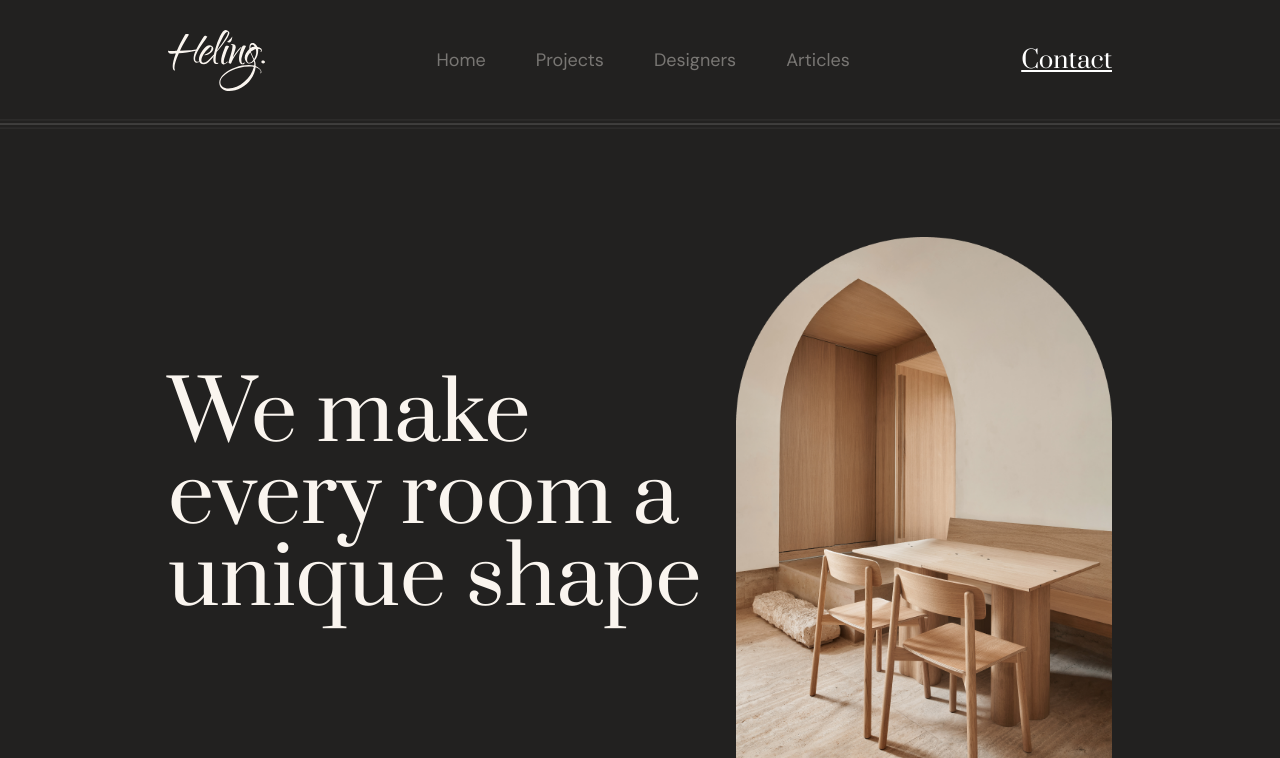
Repository: vandangnhathung/healingui_website
Page: /
These files come from the project's save history. The page is drawn as it stood at one moment and after the next save; the edit follows.
The browser window is 1280 px wide. The pictures show the whole page.
The project was rebuilt for these pictures with package versions that can differ from the ones it lists, and the page was loaded fresh each time. Also part of the build but not shown: src/App.css.

Above is the page before, as saved 2022-03-16 13:01:08.

After the next save:
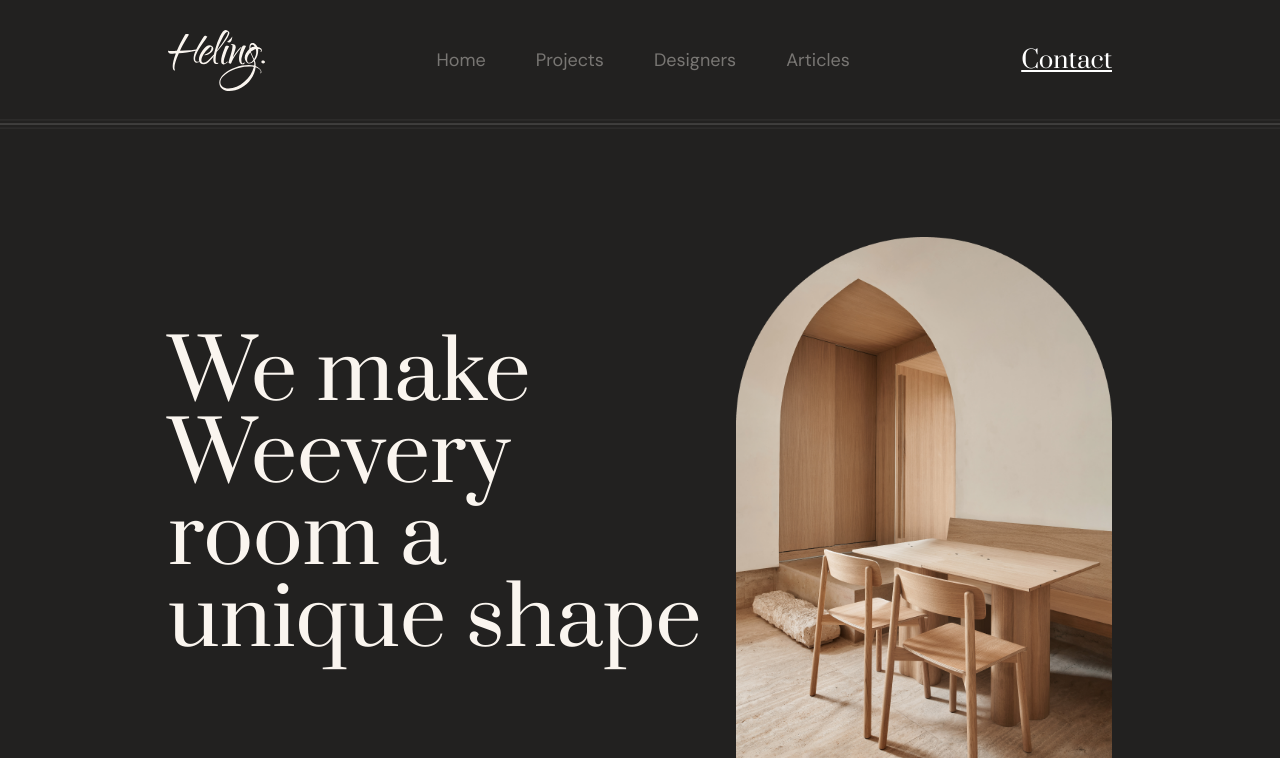
Saved 3 min 32 s later.
--- a/src/components/Container/Container.js
+++ b/src/components/Container/Container.js
@@ -31,7 +31,9 @@ const Container = () => {
     <StyledContainer>
       <Container>
         <div>
-          <Slogan>We make every room a unique shape</Slogan>
+          <Slogan>
+            We make <span>We</span>every room a unique shape
+          </Slogan>
         </div>
         <div>
           <Image1Div src={Image1} alt="" />
